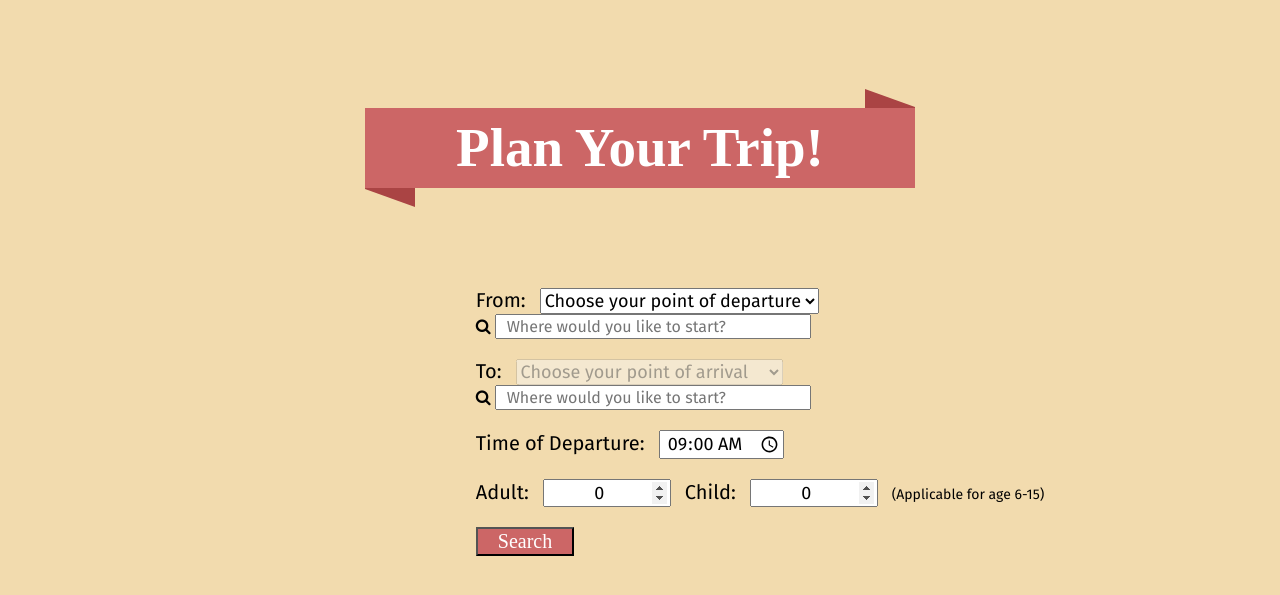
Repository: bbh0607/bae_dNation
Page: public/index.html
An editor plug-in stored every save of this project. The page is shown before and after a run of saves, followed by the edit.
The browser window is 1280 px wide. The pictures show the whole page.
Some web fonts or font styles are not loaded; a fallback is used.

Above is the page before, as saved 2020-02-01 15:40:26.

After the next 3 saves:
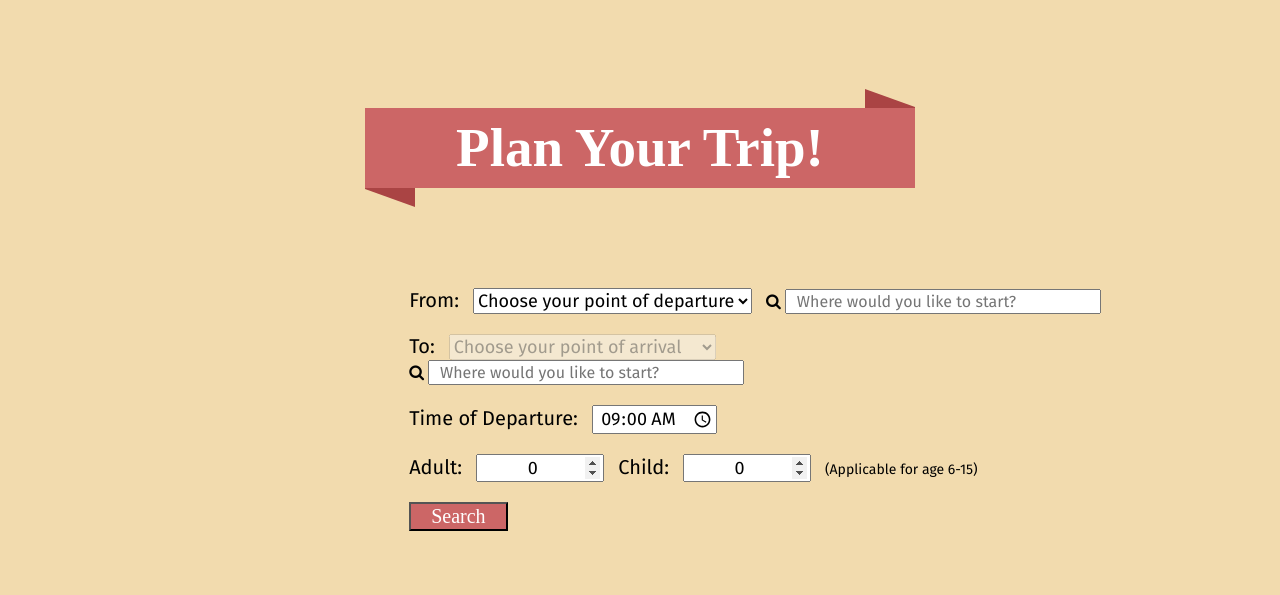
The 3 saves are shown as one change because they came seconds apart.
The last was saved 35 s later.
--- a/public/index.html
+++ b/public/index.html
@@ -21,10 +21,10 @@
             <option value="SENTRAL">KL Sentral</option>
             <option value="OTHER">Other..</option>
           </select>
-          <div>
+          <i>
             <i class="fa fa-search icon"></i>
             <input type="text" name="search" placeholder="Where would you like to start?">
-          </div>
+          </i>
         </li>
         <li>
           <label for="to">To:</label>
